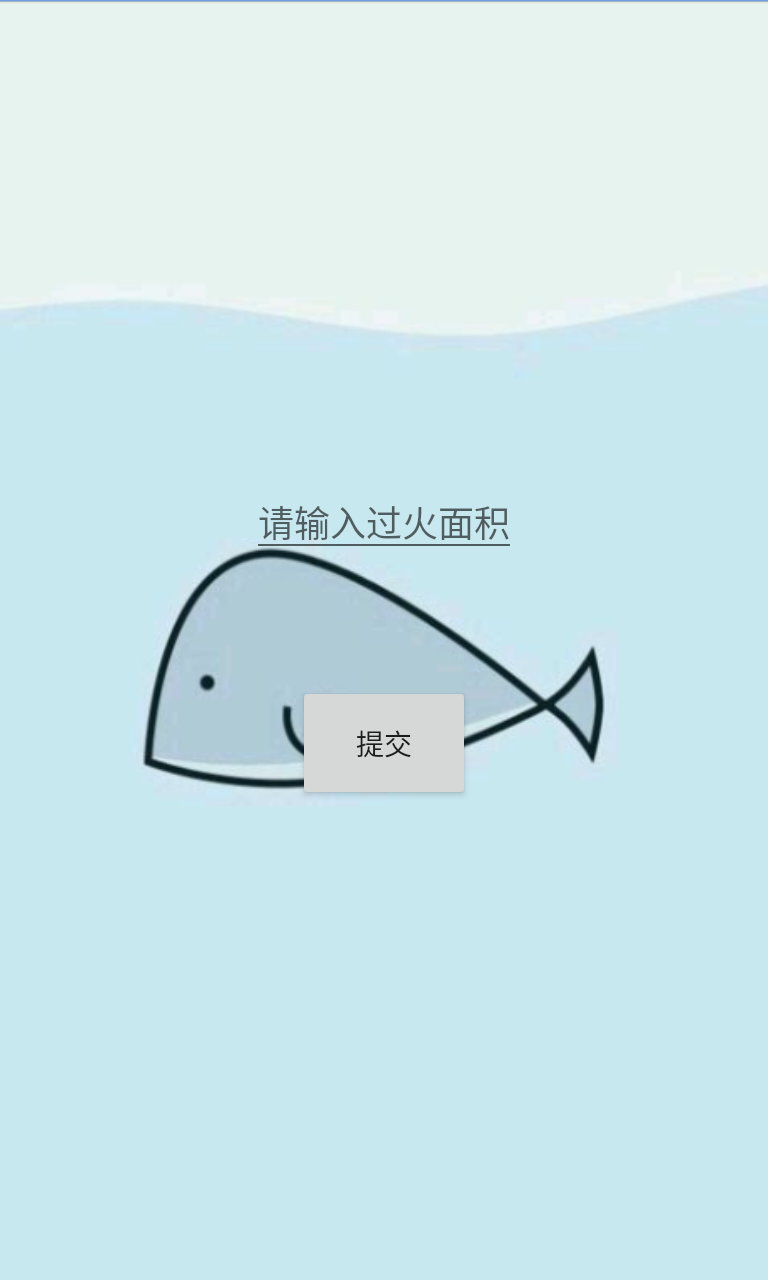
Repository: hohoTT/fireWork_handle_app
Layout: fireWork_handle_app/res/layout/normal_fire_water.xml
These files come from the project's save history. The layout is drawn as it stood at one moment and after the next save; the edit follows.
It is drawn on a 768 x 1280 px phone screen (xhdpi) without system bars, with theme AppTheme; the app's code is not run.

Above is the layout before, as saved 2016-03-06 12:07:27.

### fireWork_handle_app/res/layout/normal_fire_water.xml
<?xml version="1.0" encoding="utf-8"?>
<LinearLayout xmlns:android="http://schemas.android.com/apk/res/android"
    android:layout_width="match_parent"
    android:layout_height="match_parent"
    android:gravity="center_vertical"
    android:orientation="vertical"
    android:background="@drawable/bg1" >

    <EditText
        android:id="@+id/fire_area"
        android:layout_width="wrap_content"
        android:layout_height="wrap_content"
        android:layout_gravity="center_horizontal"
	    android:layout_margin="30dp"
        android:hint="@string/fire_area" />

    <Button
        android:id="@+id/btu_normal_fire_send"
        android:layout_width="wrap_content"
        android:layout_gravity="center"
	    android:layout_margin="30dp"
	    android:padding="20dp"
        android:layout_height="wrap_content"

        android:text="@string/btn_send" />

</LinearLayout>

### fireWork_handle_app/res/values/strings.xml
<?xml version="1.0" encoding="utf-8"?>
<resources>

    <string name="app_name">fireWork_handle_app</string>
    <string name="fire_calculate">现场计算</string>
    <string name="fire_agent">火灾剂用量计算</string>
    <string name="fire_plan">火灾预案</string>
    <string name="normal_fire">一般火灾计算</string>
    <string name="normal_fire_result">一般火灾用水量计算结果</string>
    <string name="oilcan_fire">油罐火灾情况下的计算</string>
    <string name="olican_fire_water">冷却用水量计算</string>
    <string name="olican_fire_foam">泡沫用量计算</string>
    <string name="olican_fire_water_result">该油罐火灾用水量计算结果</string>
    <string name="oilcan_fire_foam_result">该油罐火灾泡沫用量计算结果</string>
    <string name="water_power">供水压力计算</string>
    <string name="water_power_fire">火场供水压力计算</string>
    <string name="water_power_pump">水泵接合器供水技术计算</string>
    <string name="water_power_fire_building">建筑火灾供水压力计算</string>
    <string name="water_power_fire_building_result">建筑火灾火场供水压力计算结果</string>
    <string name="water_power_fire_oilcan">油罐火灾供水压力计算</string>
    <string name="water_power_fire_oilcan_result">油罐火灾供水压力计算结果</string>
    <string name="water_power_pump_low">建高小于50米的供水压力计算</string>
    <string name="water_power_pump_low_result">建高小于50米的供水压力计算结果</string>
    <string name="water_power_pump_high">建高高于50米的供水压力计算</string>
    <string name="water_power_pump_high_result">建高高于50米的供水压力计算结果</string>


    <string name="btu_water_power">供水压力计算</string>
    <string name="btu_oilcan_fire">油罐火灾计算</string>
    <string name="fire_area">请输入过火面积</string>
    <string name="olican_diameter">请输入油罐直径</string>
    <string name="text_olican_type">请选择您需要计算的油罐类型:</string>
    <string name="olican_type_fixed">固定顶油罐</string>
    <string name="olican_type_drift">浮顶油罐</string>
    <string name="olican_fire_foam_area">请输入油罐的燃烧面积</string>
    <string name="olican_fire_foam_flow">请输入流量</string>
    <string name="water_power_fire_building_count_feeder">请输入一条干线支线的数量</string>
    <string name="water_power_fire_building_count_groundline_band">请输入一条干线水带数量</string>
    <string name="water_power_fire_building_count_feeder_band">请输入一条支线水带数量</string>
    <string name="water_power_fire_building_height">请输入高度差</string>

    <string name="water_power_fire_oilcan_count_feeder">请输入一条干线支线的数量</string>
    <string name="water_power_fire_oilcan_count_groundline_band">请输入一条干线水带数量</string>
    <string name="water_power_fire_oilcan_count_feeder_band">请输入一条支线水带数量</string>
    <string name="water_power_fire_oilcan_height">请输入高度差</string>
    <string name="water_power_pump_low_height">请输入建筑高度(小于50米)</string>
    <string name="water_power_pump_high_height">请输入建筑高度(大于50米)</string>



    <string name="text_water">一般火灾中每秒的用水量为 : </string>
    <string name="text_fire_time">10吨消防车可持续灭火的时间为 : </string>
    <string name="text_oilcan_fire_water">该油罐火灾中每秒的用水量为 : </string>
    <string name="text_oilcan_fire_foam_water">该油罐火灾中水的用量为 : </string>
    <string name="text_oilcan_fire_form_stoste">该油罐火灾中泡沫原液的用量为 : </string>
    <string name="text_water_power_fire_building_65">65mm水带建筑火灾的供水压力为 : </string>
    <string name="text_water_power_fire_building_80">80mm水带建筑火灾的供水压力为 : </string>
    <string name="text_water_power_fire_oilcan_65">65mm水带油罐火灾的供水压力为 : </string>
    <string name="text_water_power_fire_oilcan_80">80mm水带油罐火灾的供水压力为 :</string>
    <string name="test_water_power_pump_low_height">该建筑高度下的供水压力为 :</string>
    <string name="test_water_power_pump_high_height">该建筑高度下的供水压力为 :</string>


    <string name="btn_send">提交</string>

    <string name="hello_world">Hello world!</string>
    <string name="action_settings">Settings</string>





</resources>

### fireWork_handle_app/res/drawable/shape_three.xml
<?xml version="1.0" encoding="utf-8"?>
<shape
    xmlns:android="http://schemas.android.com/apk/res/android"

  android:shape="oval">

    <!-- 填充的颜色 -->

    <solid android:color="#F08080"/>

     <!-- 设置按钮的四个角为弧形 -->

     <!-- android:radius 弧形的半径 -->

     <corners android:radius="360dip"/>



     <!-- padding: Button 里面的文字与Button边界的间隔 -->

     <padding

        android:left="10dp"

        android:top="10dp"

        android:right="10dp"

        android:bottom="10dp"

     />

</shape>

Loaded but not shown: fireWork_handle_app/res/values/styles.xml (common file); fireWork_handle_app/res/values-v11/styles.xml (common file); fireWork_handle_app/res/values-v14/styles.xml (common file)

After the next save:
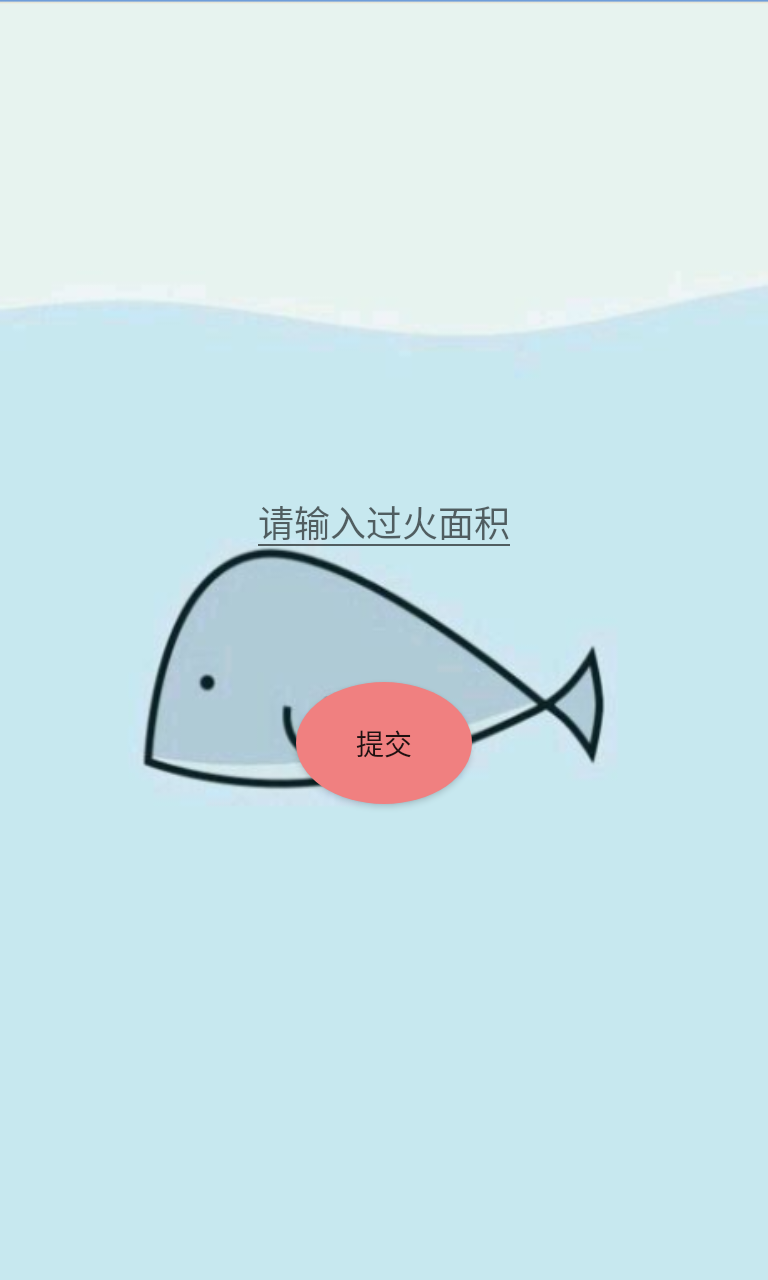
Saved 38 s later.
--- a/fireWork_handle_app/res/layout/normal_fire_water.xml
+++ b/fireWork_handle_app/res/layout/normal_fire_water.xml
@@ -21,7 +21,7 @@
 	    android:layout_margin="30dp"
 	    android:padding="20dp"
         android:layout_height="wrap_content"
-
-        android:text="@string/btn_send" />
+        android:text="@string/btn_send"
+        android:background="@drawable/shape_three" />
 
 </LinearLayout>
